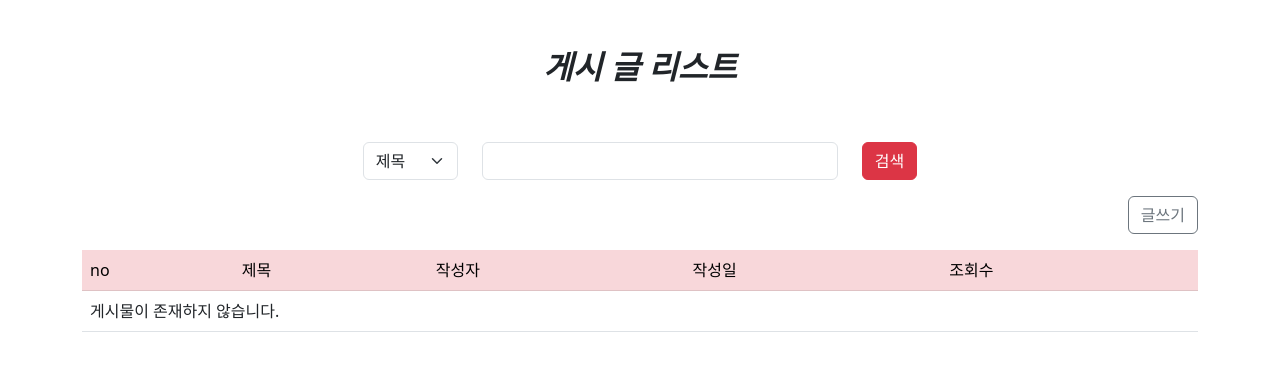
Repository: lopanghub/git_study
Page: http://localhost/JSPPracticech06/WEB-INF/board/boardList.jsp
The author's editor kept a copy of each file at every save. The page is drawn from the files as they stood at one save, then again after the next save.
The browser window is 1280 px wide. The pictures show the whole page.
The page is served by Tomcat 9. Nobody is signed in. The template is opened directly, without the code that normally fills it, so the values that code supplies are empty.

Above is the page before, as saved 2024-04-09 07:23:35.

After the next save:
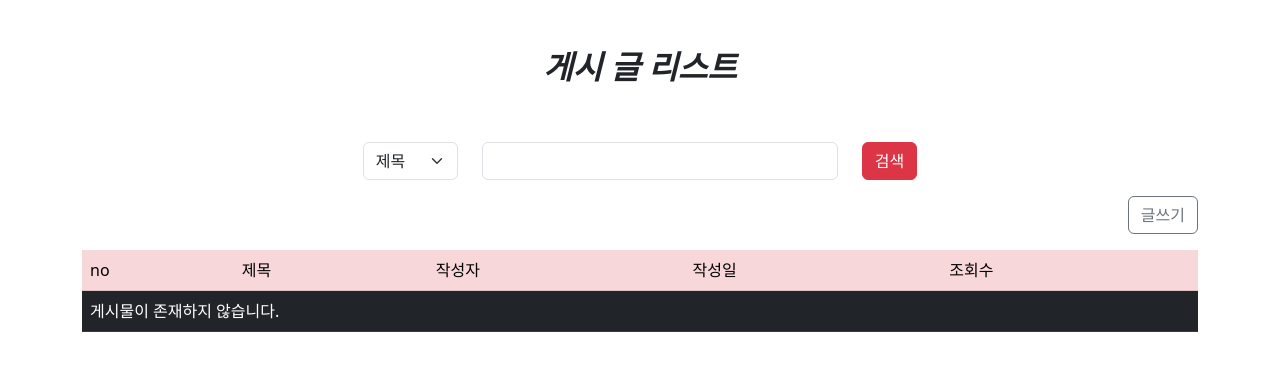
Saved 36 s later.
--- a/JSPStudy/JSPPracticech06/src/main/webapp/WEB-INF/board/boardList.jsp
+++ b/JSPStudy/JSPPracticech06/src/main/webapp/WEB-INF/board/boardList.jsp
@@ -64,7 +64,7 @@
 						</tr>
 					</thead>
 
-					<tbody class="table table-striped">
+					<tbody class="table table-dark table-striped">
 					<c:if test="${not empty bList }">
 						<!-- items에 스크립틀릿에서 정의한 boardList를 표현식으로 지정할 수 있다. -->
 						<c:forEach var="board" items="${bList }">
